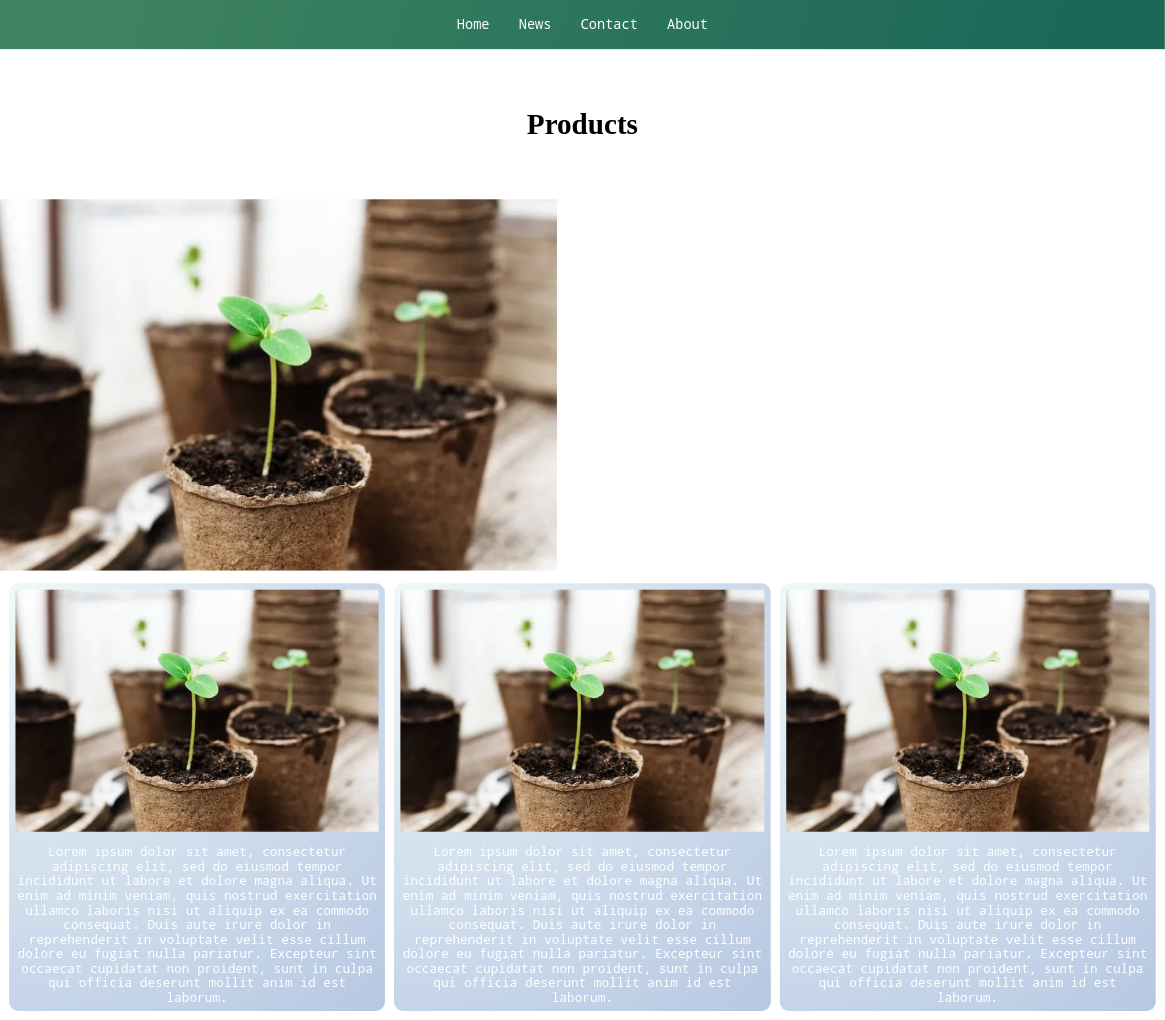
Repository: Flexo874/ISITECH-HTML-CSS
Page: index.html
An editor plug-in stored every save of this project. The page is shown before and after the next save, followed by the edit.
The browser window is 1280 px wide. The pictures show the whole page, at 91% of full size.

Above is the page before, as saved 2024-01-02 13:52:55.

After the next save:
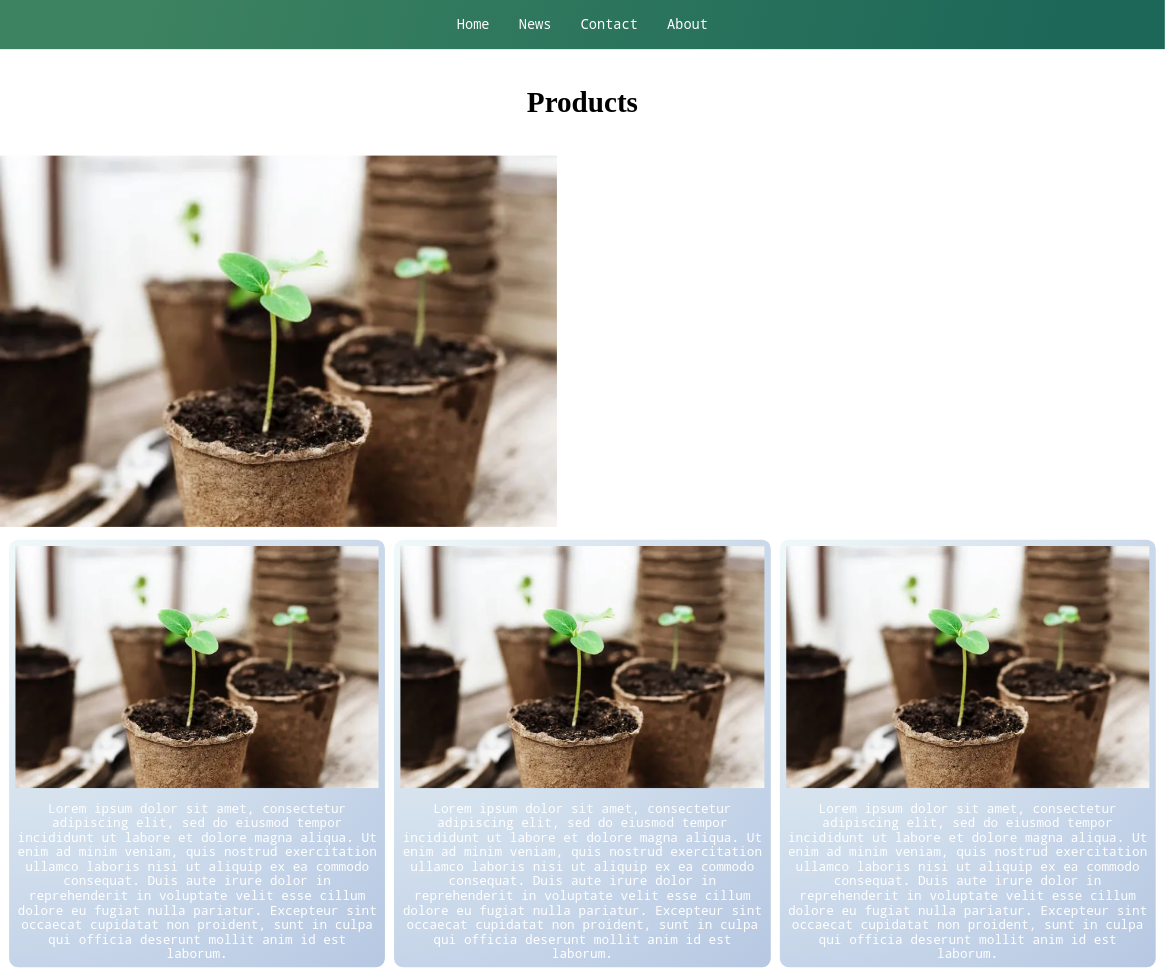
Saved 84 s later.
--- a/style.css
+++ b/style.css
@@ -40,7 +40,7 @@ li a:hover {
 }
 
 h1 {
-    margin: 5%;
+    padding: 40px;
     text-align: center;
 }
 
